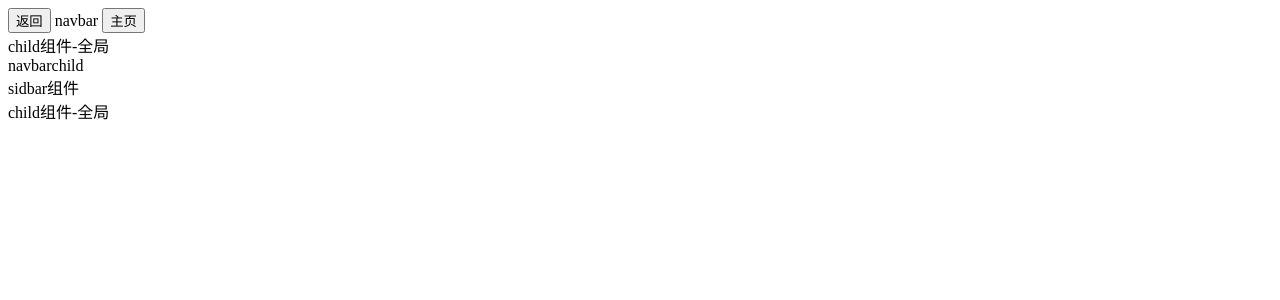
Repository: xiemin2161/mytest
Page: 01-组件.html
The author's editor kept a copy of each file at every save. The page is drawn from the files as they stood at one save, then again after the next save.
The browser window is 1280 px wide. The pictures show the whole page.

Above is the page before, as saved 2023-02-01 17:01:20.

After the next save:
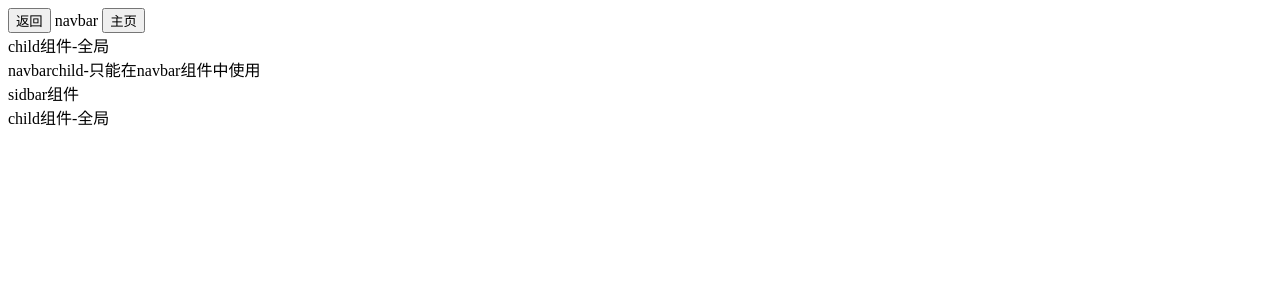
Saved 26 s later.
--- a/01-组件.html
+++ b/01-组件.html
@@ -41,7 +41,7 @@
         components: {
           navbarchild: {
             template: `
-              <div>navbarchild</div>
+              <div>navbarchild-只能在navbar组件中使用</div>
             `,
           },
         },
